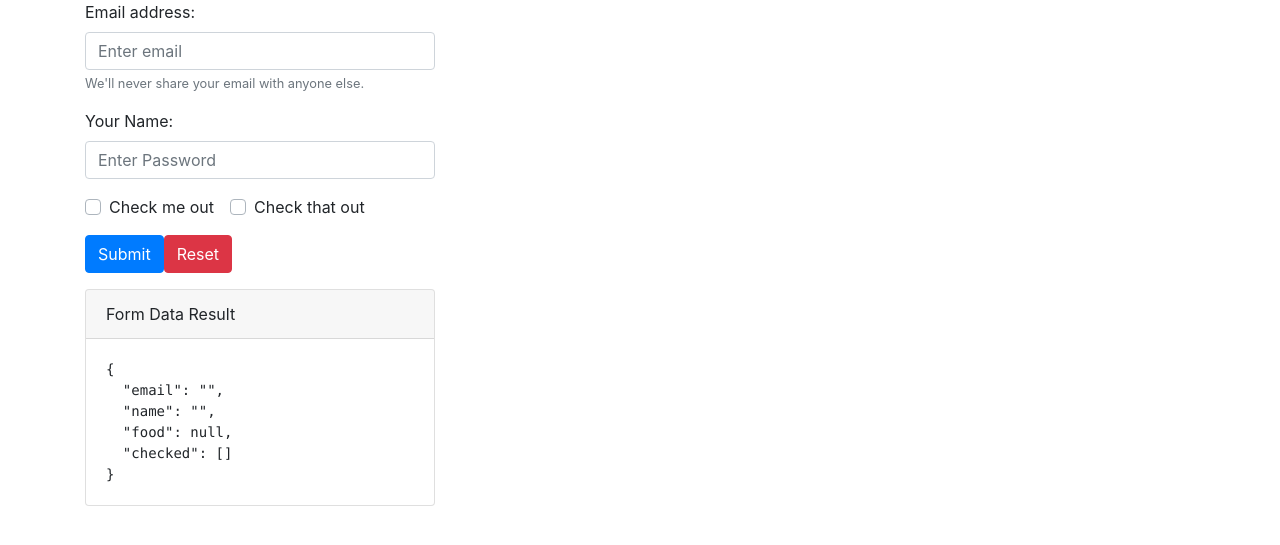
Repository: afsanarozan/viue-js
Page: /login
These files come from the project's save history. The page is drawn as it stood at one moment and after the next save; the edit follows.
The browser window is 1280 px wide. The pictures show the whole page.
Some web fonts or font styles are not loaded; a fallback is used. The project was rebuilt for these pictures with package versions that can differ from the ones it lists, and the page was loaded fresh each time. Also part of the build but not shown: src/components/modalEdit.vue, src/components/modalAdd.vue, src/components/Items.vue, src/views/Home/home.vue, src/views/Home/name.vue, src/views/Home/update.vue, src/views/Home/price.vue, src/views/Home/search.vue and 2 more.

Above is the page before, as saved 2020-10-01 21:50:55.

After the next save:
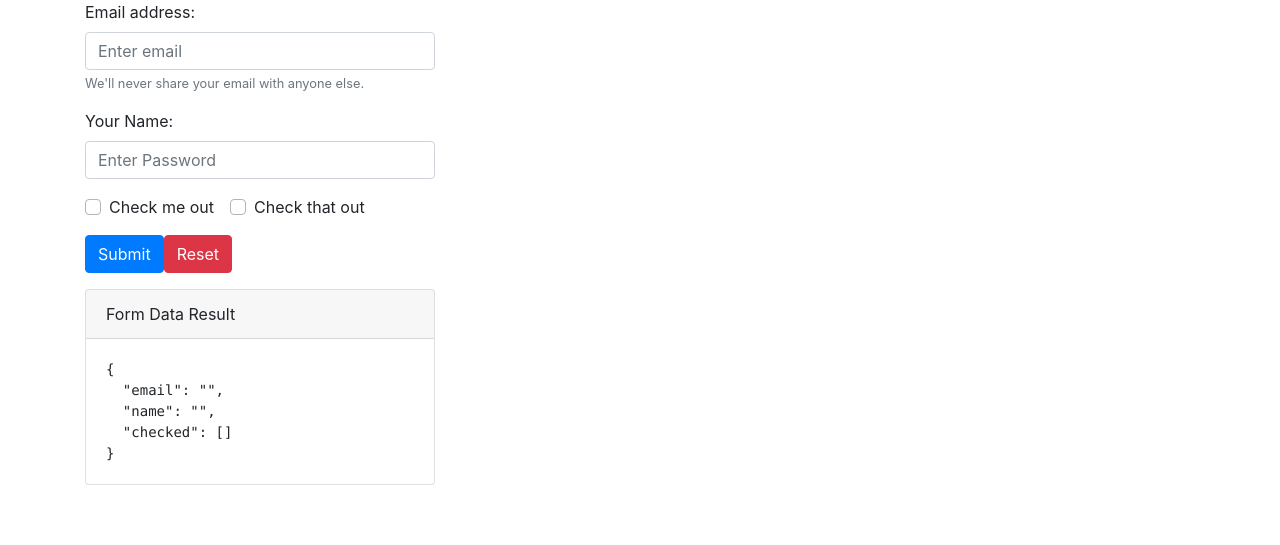
Saved 13 s later.
--- a/src/views/login/login.vue
+++ b/src/views/login/login.vue
@@ -57,7 +57,6 @@ export default {
         form: {
           email: '',
           name: '',
-          food: null,
           checked: []
         },
         foods: [{ text: 'Select One', value: null }, 'Carrots', 'Beans', 'Tomatoes', 'Corn'],
